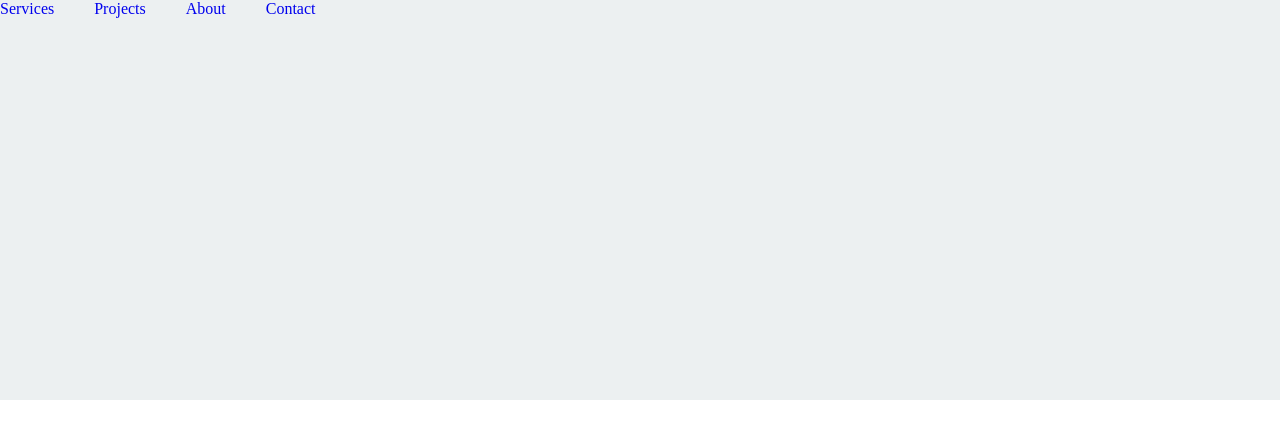
Repository: arifshahriyarnader/css-flexbox
Page: Exercise 1/index.html
An editor plug-in stored every save of this project. The page is shown before and after a run of saves, followed by the edit.
The browser window is 1280 px wide. The pictures show the whole page.

Above is the page before, as saved 2024-06-15 13:02:40.

After the next 4 saves:
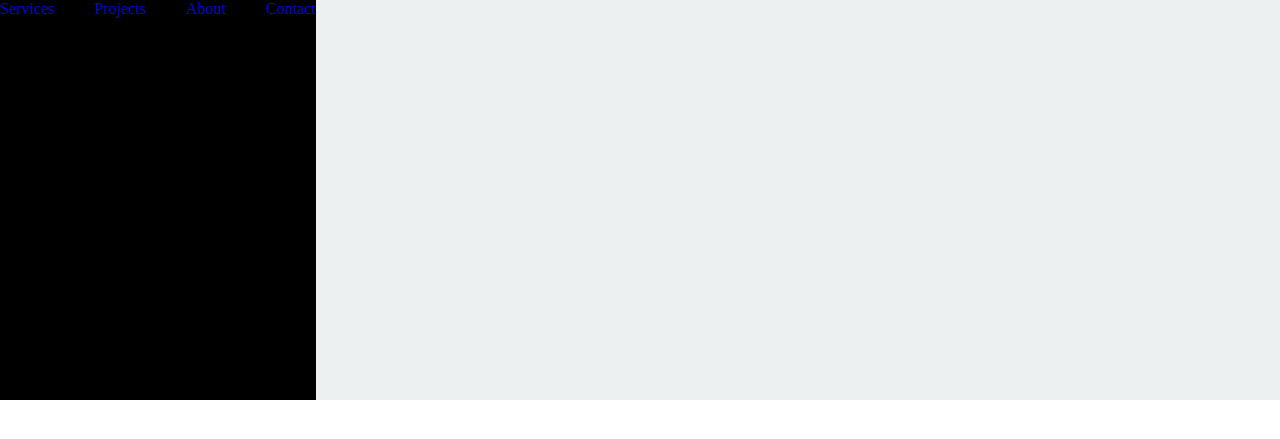
The 4 saves are shown as one change because they came seconds apart.
The last was saved 12 s later.
--- a/Exercise 1/css/style.css
+++ b/Exercise 1/css/style.css
@@ -16,15 +16,7 @@
     justify-content: space-between;
 }
 .first_navbar{
-    background-color:  <div></div>
-    <div class="leftmenu_link">
-        <ul>
-            <li><a href="#">Services</a></li>
-            <li><a href="#">Projects</a></li>
-            <li><a href="#">About</a></li>
-            <li><a href="#">Contact</a></li>
-        </ul>
-       </div>;
+   background-color: black;
 }
 .leftmenu_link ul{
     display: flex;

After the save that followed:
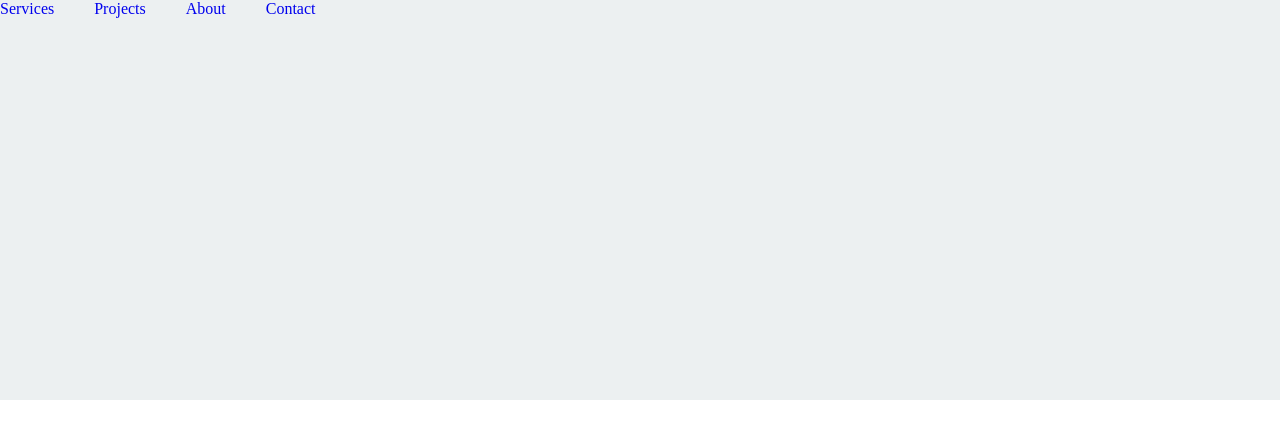
Saved 52 s later.
--- a/Exercise 1/css/style.css
+++ b/Exercise 1/css/style.css
@@ -15,9 +15,7 @@
     display:flex;
     justify-content: space-between;
 }
-.first_navbar{
-   background-color: black;
-}
+
 .leftmenu_link ul{
     display: flex;
     gap:40px;
